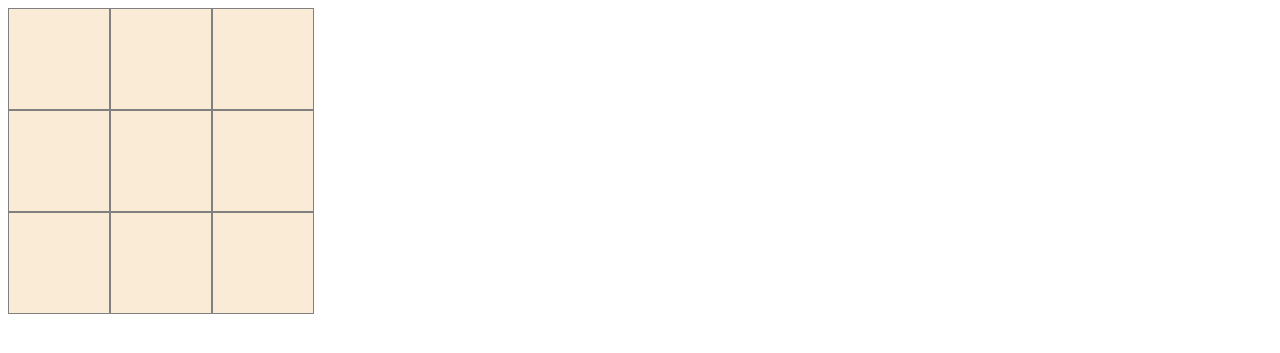
Repository: Wydumn/Frontend-02-Template
Page: week09/TicTacToe.html
These files come from the project's save history. The page is drawn as it stood at one moment and after the next save; the edit follows.
The browser window is 1280 px wide. The pictures show the whole page.

Above is the page before, as saved 2020-08-27 14:15:52.

### week09/TicTacToe.html
<!DOCTYPE html>
<html lang="en">
<head>
    <meta charset="UTF-8">
    <title>Document</title>
    <style>
        .cell {
            width: 100px;
            height: 100px;
            background-color: antiquewhite;
            display: inline-block;
            vertical-align: middle;

            line-height: 100px;
            font-size: 50px;
            text-align: center;

            border: 1px solid gray;
        }
    </style>
</head>
<body>
    <div id="board"></div>

    <script>
        // 1. 二维数组表示棋盘
        var pattern = [
            [0, 0, 0],
            [0, 0, 0],
            [0, 0, 0]
        ]

        let color = 1;

        function show() {
            let board = document.getElementById("board");
            board.innerHTML = "";
            // 2. 画棋盘
            for (let i = 0; i < pattern.length; i++) {
                for (let j = 0; j < pattern[i].length; j++) {
                    let cell = document.createElement("div");
                    cell.classList.add("cell");
                    cell.innerText = pattern[i][j] == 1 ? "❌" :
                        pattern[i][j] === 2 ? "⭕" : "";
                    // 3. 添加点击事件
                    cell.addEventListener("click", () => move(j, i));
                    board.appendChild(cell);
                }
                board.appendChild(document.createElement("br"));
            }
        }

        // 交替落子
        function move(x, y) {
            pattern[y][x] = color;
            if (check(pattern, color)) {
                alert(color == 2 ? "⭕ is winner!" : "❌ is winner!");
            }
            color = 3 - color;
            show();
            if (willWin(pattern, color)) {
                alert(color == 2 ? "⭕ will win!" : "❌ will win");
            }
        }

        // 4.
        function check(pattern, color) {
            for (let i = 0; i < 3; i++) {
                let win = true;
                for (let j = 0; j < 3; j++) {
                    if (pattern[i][j] !== color) {
                        win = false;
                    }
                }
                if (win)
                    return true;
            }
            for (let i = 0; i < 3; i++) {
                let win = true;
                for (let j = 0; j < 3; j++) {
                    if (pattern[j][i] !== color) {
                        win = false;
                    }
                }
                if (win)
                    return true;
            }
            {
                let win = true;
                for (let j = 0; j < 3; j++) {
                    if (pattern[j][2-j] !== color) {
                        win = false;
                    }
                }
                if (win)
                    return true;
            }
            {
                let win = true;
                for (let j = 0; j < 3; j++) {
                    if(pattern[j][j] !== color) {
                        win = false;
                    }
                }
                if (win)
                    return true;
            }

            return false;
        }

        function clone(pattern) {
            return JSON.parse(JSON.stringify(pattern));
        }

        // 5.
        function willWin(pattern, color) {
            for (let i = 0; i < 3; i++) {
                for (let j = 0; j < 3; j++) {
                    if (pattern[i][j])
                        continue;
                    let tmp = clone(pattern);
                    tmp[i][j] = color;
                    if (check(tmp, color)) {
                        return [j, i]
                    }
                }
            }

            return null;
        }

        function bestChoice(pattern, color) {
            let p;
            if (p = willWin(pattern, color)) {
                return {
                    point: p,
                    result: 1
                }
            }

            let result = -2;
            let point = null;
            for (let i = 0; i < 3; i++) {
                for (let j = 0; j < 3; j++) {
                    if (pattern[i][j])
                        continue;
                    let tmp = clone(pattern);
                    tmp[i][j] = color;
                    let r = bestChoice(tmp, 3 - color).result;

                    if (-r > result) {
                        result = -r;
                        point = [j, i];
                    }
                }
            }

            return {
                point: point,
                result: point ? result : 0
            }
        }

        show(pattern);
        console.log(bestChoice(pattern, color));
    </script>
</body>
</html>

After the next save:
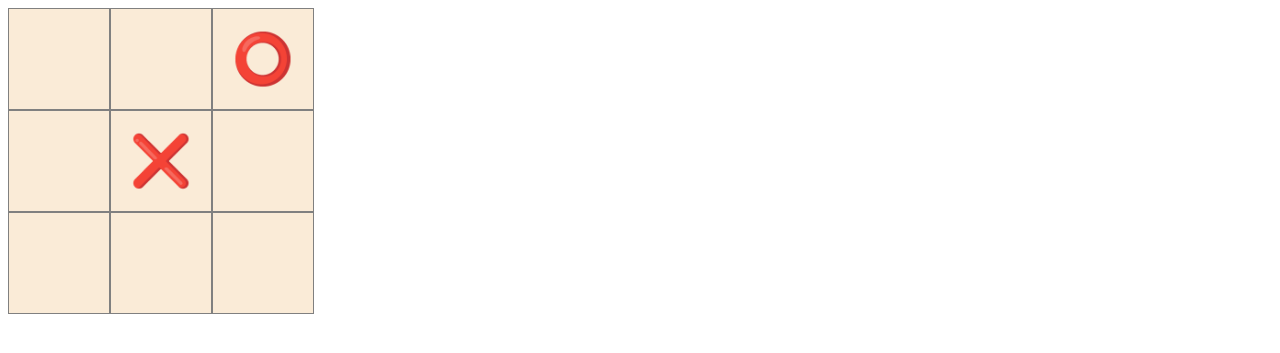
Saved 3 min 55 s later.
--- a/week09/TicTacToe.html
+++ b/week09/TicTacToe.html
@@ -25,8 +25,8 @@
     <script>
         // 1. 二维数组表示棋盘
         var pattern = [
-            [0, 0, 0],
-            [0, 0, 0],
+            [0, 0, 2],
+            [0, 1, 0],
             [0, 0, 0]
         ]
 
